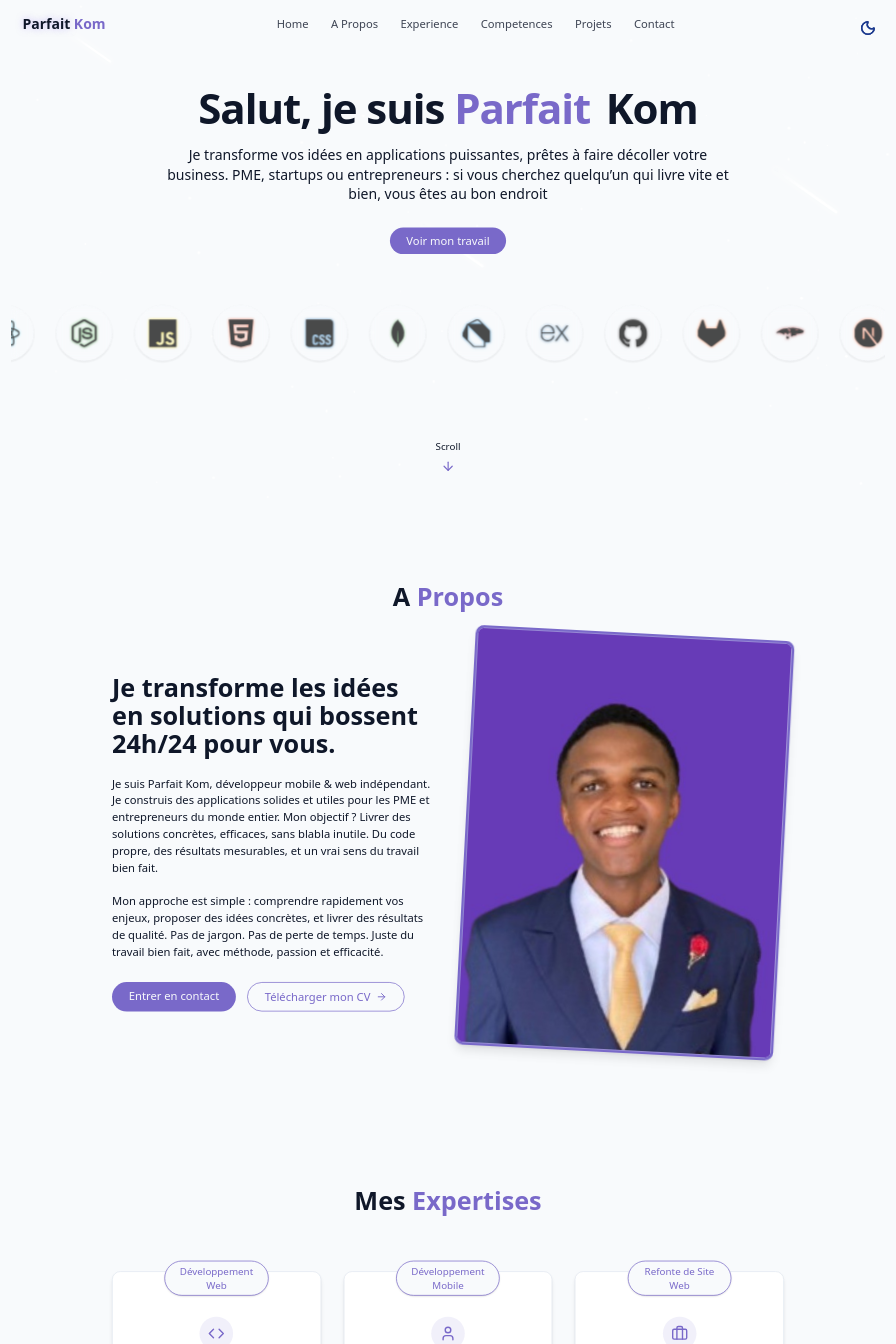
Repository: KOMI18/komi-folio
Page: /
An editor plug-in stored every save of this project. The page is shown before and after the next save, followed by the edit.
The browser window is 1280 px wide. The pictures show the part of the page from y = 0 to 1920 px (the page is 6235 px tall), at 70% of full size.
The project was rebuilt for these pictures with package versions that can differ from the ones it lists, and the page was loaded fresh each time. Also part of the build but not shown: vite.config.js, src/pages/NotFound.jsx.

Above is the page before, as saved 2025-06-28 00:04:43.

After the next save:
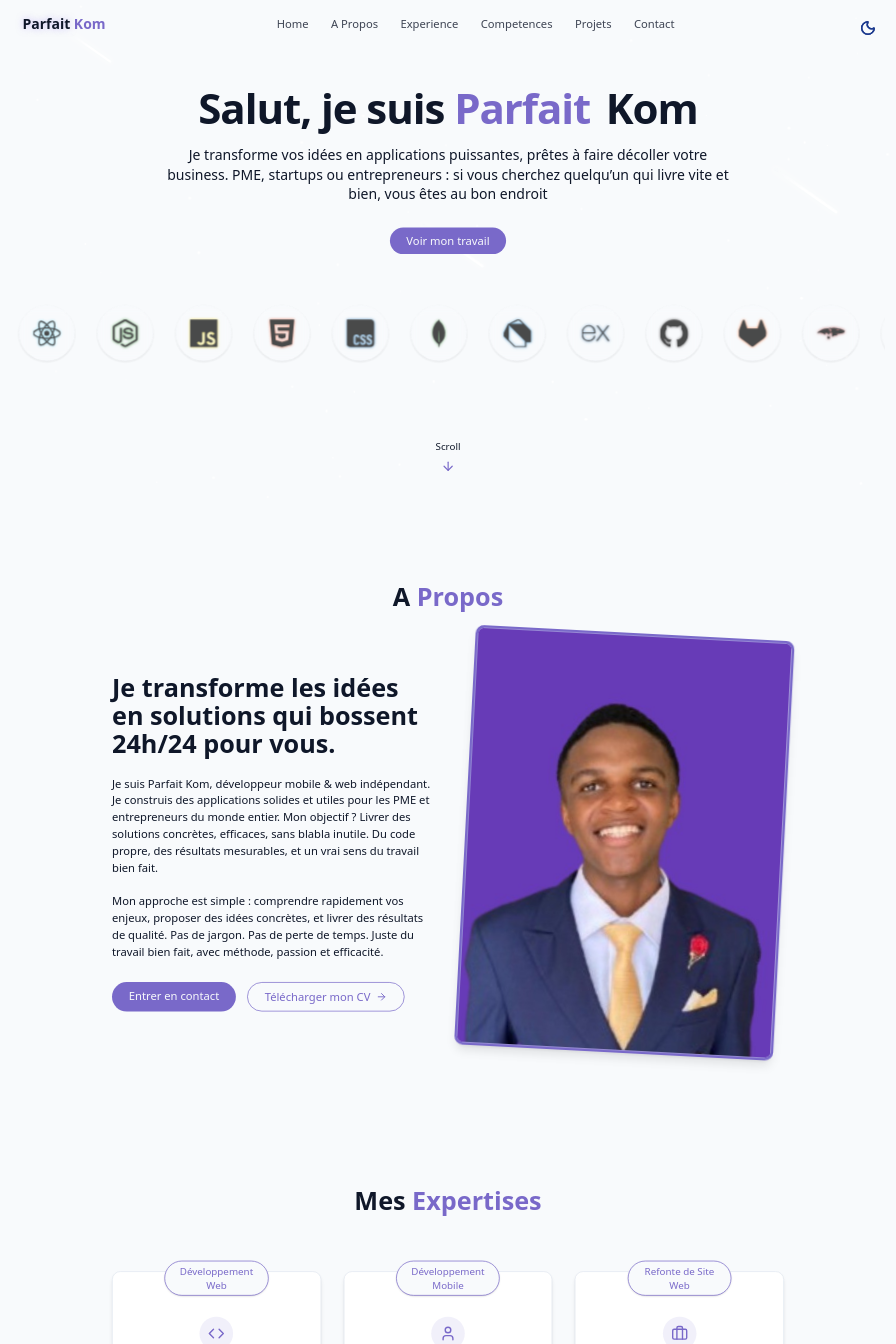
Saved 2 min 20 s later.
--- a/src/index.css
+++ b/src/index.css
@@ -178,6 +178,23 @@
   0% { transform: translateX(0); }
   100% { transform: translateX(-50%); }
 }
-.animate-carousel{
-  animation: scroll 25s linear infinite;
-}
+@keyframes scroll {
+  0% { transform: translateX(0); }
+  100% { transform: translateX(-33.3333%); }
+}
+
+.animate-carousel {
+  animation: scroll 20s linear infinite;
+}
+
+@media (max-width: 768px) {
+  .animate-carousel {
+    animation-duration: 10s;
+  }
+}
+
+@media (min-width: 1200px) {
+  .animate-carousel {
+    animation-duration: 25s;
+  }
+}
